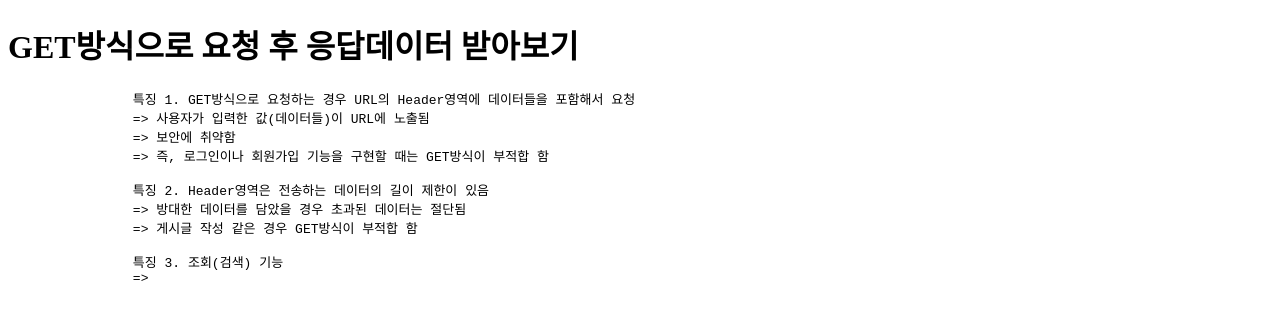
Repository: Rostreaca/0922_Web
Page: MyFirstWebProject/src/main/webapp/views/request_get.html
These files come from the project's save history. The page is drawn as it stood at one moment and after the next save; the edit follows.
The browser window is 1280 px wide. The pictures show the whole page.

Above is the page before, as saved 2025-09-22 07:44:56.

### MyFirstWebProject/src/main/webapp/views/request_get.html
<!DOCTYPE html>
<html>
<head>
<meta charset="UTF-8">
<title>Get 방식 요청 테스트</title>
<style>
	ul {
		list-style : none;
		line-height : 200%;
	}
</style>
</head>
<body>
	<h1>GET방식으로 요청 후 응답데이터 받아보기</h1>

	<pre>
		특징 1. GET방식으로 요청하는 경우 URL의 Header영역에 데이터들을 포함해서 요청
		=> 사용자가 입력한 값(데이터들)이 URL에 노출됨
		=> 보안에 취약함
		=> 즉, 로그인이나 회원가입 기능을 구현할 때는 GET방식이 부적합 함

		특징 2. Header영역은 전송하는 데이터의 길이 제한이 있음
		=> 방대한 데이터를 담았을 경우 초과된 데이터는 절단됨
		=> 게시글 작성 같은 경우 GET방식이 부적합 함

		특징 3. 조회(검색) 기능
		=>


	</pre>









</body>
</html>

After the next save:
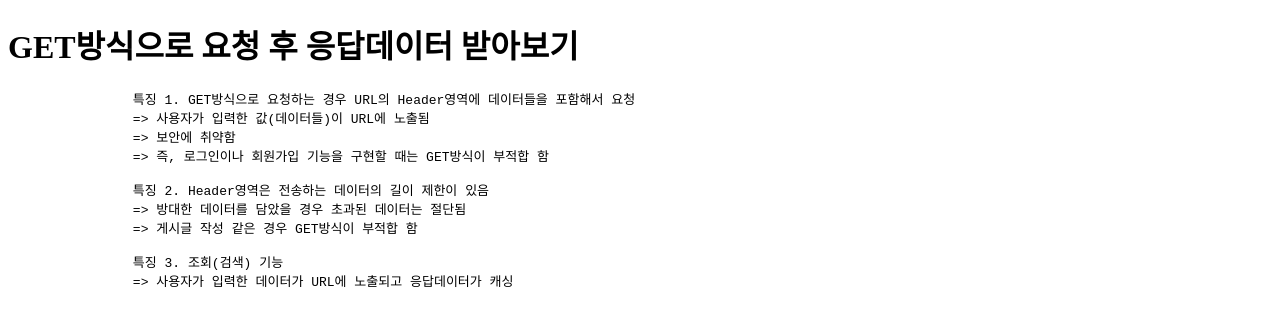
Saved 18 s later.
--- a/MyFirstWebProject/src/main/webapp/views/request_get.html
+++ b/MyFirstWebProject/src/main/webapp/views/request_get.html
@@ -24,7 +24,7 @@
 		=> 게시글 작성 같은 경우 GET방식이 부적합 함
 
 		특징 3. 조회(검색) 기능
-		=>
+		=> 사용자가 입력한 데이터가 URL에 노출되고 응답데이터가 캐싱
 
 
 	</pre>
